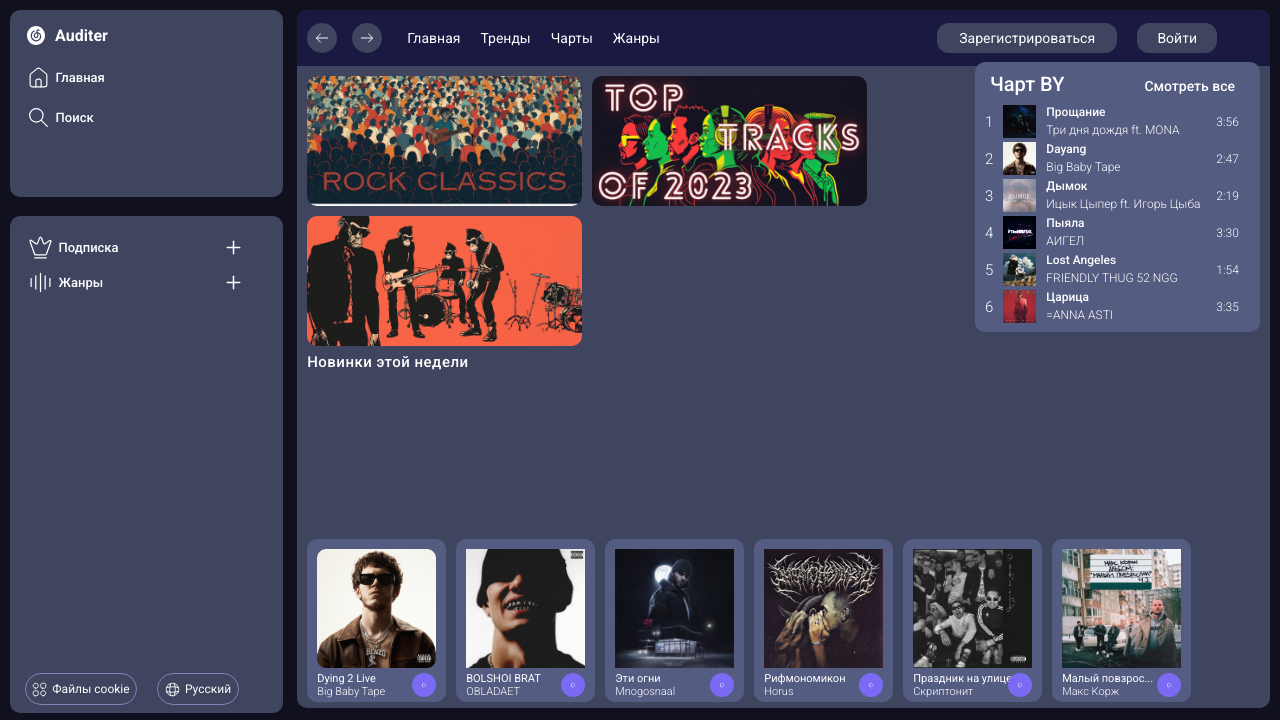
Repository: MaksimKrupkin/music_app
Page: /
An editor plug-in stored every save of this project. The page is shown before and after the next save, followed by the edit.
The browser window is 1280 px wide. The pictures show the whole page.
The project was rebuilt for these pictures with package versions that can differ from the ones it lists, and the page was loaded fresh each time. Also part of the build but not shown: vite.config.ts.

Above is the page before, as saved 2024-02-23 00:00:14.

### index.html
<!DOCTYPE html>
<html lang="en">
  <head>
    <link rel="preconnect" href="https://fonts.googleapis.com" />
    <link rel="preconnect" href="https://fonts.gstatic.com" crossorigin />
    <link
      href="https://fonts.googleapis.com/css2?family=Roboto:ital,wght@0,100;0,300;0,400;0,500;0,700;0,900;1,100;1,300;1,400;1,500;1,700;1,900&display=swap"
      rel="stylesheet" />

    <meta charset="UTF-8" />
    <link rel="icon" type="image/svg+xml" href="/vite.svg" />
    <meta name="viewport" content="width=device-width, initial-scale=1.0" />
    <title>Auditer</title>
  </head>
  <body>
    <div id="root"></div>
    <script type="module" src="/src/main.tsx"></script>
  </body>
</html>

### src/App.tsx
import React from 'react';
import './App.scss';
import MainPage_demo from './Pages/MainPage_demo/MainPage_demo';
function App() {
  return (
    <div>
      <MainPage_demo />
    </div>
  );
}

export default App;

### src/App.scss
* {
  margin: 0;
  padding: 0;
  border: 0;
  vertical-align: baseline;
  font-family: 'Roboto', sans-serif;
}
a,
a:link,
a:visited {
  text-decoration: none;
}
input:focus,
input:active,
button:focus,
button:active {
  outline: none;
}

### src/Pages/MainPage_demo/MainPage_demo.tsx
import React from 'react';
import styles from './MainPage_demo.module.scss';
import HigherSidebar from '../../Components/HigherSidebar/HigherSidebar';
import MainScreen from '../../Components/MainScreen/MainScreen';
import LowerSidebar from '../../Components/LowerSidebar/LowerSidebar';

export default function MainPage_demo() {
  return (
    <div className={styles.wrapper}>
      <HigherSidebar />
      <LowerSidebar />
      <MainScreen />
    </div>
  );
}

### src/Pages/MainPage_demo/MainPage_demo.module.scss
.wrapper {
  box-sizing: border-box;
  width: 100vw;
  height: 100vh;
  background-color: #10101e;
  color: white;
}

### src/Components/HigherSidebar/HigherSidebar.tsx
import React from 'react';
import styles from './HigherSidebar.module.scss';
import logo from '../../assets/img/logo.svg';
import home from '../../assets/img/home.svg';
import search from '../../assets/img/Search.svg';

export default function HigherSidebar() {
  return (
    <aside className={styles.higherSidebar}>
      <div className={styles.logo_wrapper}>
        <img className={styles.logo} src={logo} alt="Лого" />
        <strong className={styles.logo_text}>Auditer</strong>
      </div>
      <a className={styles.link_wrapper}>
        <img className={styles.img} src={home} alt="" />
        <span className={styles.text}>Главная</span>
      </a>
      <a className={styles.link_wrapper}>
        <img className={styles.img} src={search} alt="" />
        <span className={styles.text}>Поиск</span>
      </a>
    </aside>
  );
}

### src/Components/MainScreen/MainScreen.tsx
import React from 'react';
import styles from './MainScreen.module.scss';
import MainScreenHeader from '../MainScreenHeader/MainScreenHeader';
import Charts from './Charts/Charts';
import Card from '../Card/Card';
import block1 from '../../assets/img/block1.png';
import block2 from '../../assets/img/block2.png';
import block3 from '../../assets/img/block3.jpg';
import block4 from '../../assets/img/block4.jpg';

export default function MainScreen() {
  return (
    <main className={styles.main}>
      <MainScreenHeader />
      <div className={styles.blocks}>
        <img src={block1} className={styles.block}></img>
        <img src={block2} className={styles.block}></img>
        {/* <img src={block3} className={styles.block}></img> */}
        <img src={block4} className={styles.block}></img>
      </div>
      <Charts />
      <h2 className={styles.title}>Новинки этой недели</h2>
      <div className={styles.cards}>
        <Card />
      </div>
    </main>
  );
}

### src/Components/LowerSidebar/LowerSidebar.tsx
import React from 'react';
import styles from './LowerSidebar.module.scss';
import subscribe from '../../assets/img/subscribe.svg';
import plus from '../../assets/img/add.svg';
import genres from '../../assets/img/genres.svg';
import cookie from '../../assets/img/cookie.svg';
import language from '../../assets/img/language.svg';

export default function LowerSidebar() {
  return (
    <aside className={styles.lowerSidebar}>
      <div className={styles.link_wrapper}>
        <img className={styles.img} src={subscribe} alt="" />
        <span className={styles.text}>Подписка</span>
        <div className={styles.plus_wrapper}>
          <img className={styles.plus} src={plus} alt="" />
        </div>
      </div>
      <div className={styles.link_wrapper}>
        <img className={styles.img} src={genres} alt="" />
        <span className={styles.text}>Жанры</span>
        <div className={styles.plus_wrapper}>
          <img className={styles.plus} src={plus} alt="" />
        </div>
      </div>
      <div className={styles.bottom_elements}>
        <div className={styles.cookies_wrapper}>
          <img className={styles.img} src={cookie} alt="" />
          <span className={styles.text}>Файлы cookie</span>
        </div>
        <div className={styles.language_wrapper}>
          <img className={styles.img} src={language} alt="" />
          <span className={styles.text}>Русский</span>
        </div>
      </div>
    </aside>
  );
}

### src/Components/HigherSidebar/HigherSidebar.module.scss
.higherSidebar {
  position: fixed;
  top: 0;
  box-sizing: border-box;
  display: flex;
  flex-direction: column;
  align-items: start;
  gap: 15px;
  width: 21.3%;
  height: 26%;
  margin: 10px;
  border-radius: 10px;
  background-color: #3f445f;
  padding-top: 16px;
  padding-left: 18.6px;
}

.logo_wrapper {
  box-sizing: border-box;
  margin-left: -2px;
  display: flex;
  flex-direction: row;
  justify-content: space-between;
  gap: 5px;
  align-items: center;
  width: 32%;
  margin-bottom: 5px;
}
.logo {
  width: 18.63px;
  height: 18.63px;
}
.logo_text {
  color: #fff;
  font-size: 16px;
  font-style: normal;
  font-weight: 600;
  line-height: normal;
}
.link_wrapper {
  margin-left: -3px;
  display: flex;
  align-items: center;
  gap: 5px;
  cursor: pointer;
  .img {
    width: 25px;
    height: 25px;
  }
  .text {
    font-size: 13px;
    font-weight: 500;
    transition: all 0.2s ease-in;
  }
  .text:hover {
    color: rgb(205, 205, 226);
  }
}

### src/Components/MainScreen/MainScreen.module.scss
.main {
  box-sizing: border-box;
  position: fixed;
  top: 0;
  right: 0;
  margin: 10px;
  background-color: #3f445f;
  width: 76%;
  height: 97%;
  border-radius: 10px;
}
.blocks {
  margin-top: 10px;
  margin-left: 10px;
  width: 560px;
  display: flex;
  flex-wrap: wrap;
  gap: 10px;
  justify-content: space-between;
  align-items: center;
  margin-bottom: 7px;
}
.block {
  width: 275px;
  height: 130px;
  background-color: #d9d9d9;
  border-radius: 10px;
  cursor: pointer;
}

.title {
  margin-left: 10px;
  font-size: 15px;
  font-weight: 500;
  letter-spacing: 0.5px;
}
.cards {
  position: inherit;
  bottom: 8px;
  margin: 10px;
  display: flex;
  align-items: center;
  gap: 10px;
  width: 100%;
}

### src/Components/MainScreenHeader/MainScreenHeader.tsx
import React from 'react';
import styles from './MainScreenHeader.module.scss';
import leftArrow from '../../assets/img/leftArrow.svg';
import rightArrow from '../../assets/img/rightArrow.svg';

export default function MainScreenHeader() {
  return (
    <header className={styles.header}>
      <div className={styles.arrows}>
        <div className={styles.wrapper}>
          <img src={leftArrow} className={styles.arrow} alt="" />
        </div>
        <div className={styles.wrapper}>
          <img className={styles.arrow} src={rightArrow} alt="" />
        </div>
      </div>
      <nav className={styles.navigation}>
        <ul>
          <li>
            <a className={styles.link}>Главная</a>
          </li>
          <li>
            <a className={styles.link}>Тренды</a>
          </li>
          <li>
            <a className={styles.link}>Чарты</a>
          </li>
          <li>
            <a className={styles.link}>Жанры</a>
          </li>
        </ul>
      </nav>
      <div className={styles.buttons}>
        <a className={styles.button_wrapper}>
          <span className={styles.text}>Зарегистрироваться</span>
        </a>
        <a className={styles.button_wrapper}>
          <span className={styles.text}>Войти</span>
        </a>
      </div>
    </header>
  );
}

### src/Components/MainScreen/Charts/Charts.tsx
import React from 'react';
import styles from './Charts.module.scss';
import image1 from '../../../assets/img/image.png';
import charts1 from '../../../assets/img/charts2.jpg';
import charts2 from '../../../assets/img/charts3.jpg';
import charts3 from '../../../assets/img/charts3.png';
import charts4 from '../../../assets/img/charts4.jpg';
import charts5 from '../../../assets/img/charts5.jpg';

export default function Charts() {
  return (
    <section className={styles.charts}>
      <h2 className={styles.title}>Чарт BY</h2>
      <a className={styles.link}>Смотреть все</a>
      <div className={styles.track_wrapper}>
        <span className={styles.position}>1</span>
        <img className={styles.image} src={image1} alt="" />
        <div className={styles.info}>
          <span className={styles.title}>Прощание</span>
          <span className={styles.author}>Три дня дождя ft. MONA</span>
        </div>
        <span className={styles.duration}>3:56</span>
      </div>

      <div className={styles.track_wrapper}>
        <span className={styles.position}>2</span>
        <img className={styles.image} src={charts1} alt="" />
        <div className={styles.info}>
          <span className={styles.title}>Dayang</span>
          <span className={styles.author}>Big Baby Tape</span>
        </div>
        <span className={styles.duration}>2:47</span>
      </div>
      <div className={styles.track_wrapper}>
        <span className={styles.position}>3</span>
        <img className={styles.image} src={charts2} alt="" />
        <div className={styles.info}>
          <span className={styles.title}>Дымок</span>
          <span className={styles.author}>Ицык Цыпер ft. Игорь Цыба</span>
        </div>
        <span className={styles.duration}>2:19</span>
      </div>
      <div className={styles.track_wrapper}>
        <span className={styles.position}>4</span>
        <img className={styles.image} src={charts3} alt="" />
        <div className={styles.info}>
          <span className={styles.title}>Пыяла</span>
          <span className={styles.author}>АИГЕЛ</span>
        </div>
        <span className={styles.duration}>3:30</span>
      </div>
      <div className={styles.track_wrapper}>
        <span className={styles.position}>5</span>
        <img className={styles.image} src={charts4} alt="" />
        <div className={styles.info}>
          <span className={styles.title}>Lost Angeles</span>
          <span className={styles.author}>FRIENDLY THUG 52 NGG</span>
        </div>
        <span className={styles.duration}>1:54</span>
      </div>
      <div className={styles.track_wrapper}>
        <span className={styles.position}>6</span>
        <img className={styles.image} src={charts5} alt="" />
        <div className={styles.info}>
          <span className={styles.title}>Царица</span>
          <span className={styles.author}>=ANNA ASTI</span>
        </div>
        <span className={styles.duration}>3:35</span>
      </div>
    </section>
  );
}

### src/Components/Card/Card.tsx
import React from 'react';
import styles from './Card.module.scss';
import image1 from '../../assets/img/albomImage.png';
import play from '../../assets/img/play.svg';
import albom2 from '../../assets/img/albom2.jpg';
import albom3 from '../../assets/img/albom3.jpg';
import albom4 from '../../assets/img/albom4.jpg';
import albom5 from '../../assets/img/albom5.jpg';
import albom6 from '../../assets/img/albom6.jpg';

export default function Card() {
  return (
    <>
      <div className={styles.card}>
        <img className={styles.image} src={image1} alt="" />
        <div className={styles.info}>
          <span className={styles.title}>Dying 2 Live</span>
          <span className={styles.author}>Big Baby Tape</span>
        </div>
        <div className={styles.play_wrapper}>
          <img src={play} className={styles.play} alt="" />
        </div>
      </div>
      <div className={styles.card}>
        <img className={styles.image} src={albom2} alt="" />
        <div className={styles.info}>
          <span className={styles.title}>BOLSHOI BRAT</span>
          <span className={styles.author}>OBLADAET</span>
        </div>
        <div className={styles.play_wrapper}>
          <img src={play} className={styles.play} alt="" />
        </div>
      </div>
      <div className={styles.card}>
        <img className={styles.image} src={albom3} alt="" />
        <div className={styles.info}>
          <span className={styles.title}>Эти огни</span>
          <span className={styles.author}>Mnogosnaal</span>
        </div>
        <div className={styles.play_wrapper}>
          <img src={play} className={styles.play} alt="" />
        </div>
      </div>
      <div className={styles.card}>
        <img className={styles.image} src={albom4} alt="" />
        <div className={styles.info}>
          <span className={styles.title}>Рифмономикон</span>
          <span className={styles.author}>Horus</span>
        </div>
        <div className={styles.play_wrapper}>
          <img src={play} className={styles.play} alt="" />
        </div>
      </div>
      <div className={styles.card}>
        <img className={styles.image} src={albom5} alt="" />
        <div className={styles.info}>
          <span className={styles.title}>Праздник на улице 36</span>
          <span className={styles.author}>Скриптонит</span>
        </div>
        <div className={styles.play_wrapper}>
          <img src={play} className={styles.play} alt="" />
        </div>
      </div>
      <div className={styles.card}>
        <img className={styles.image} src={albom6} alt="" />
        <div className={styles.info}>
          <span className={styles.title}>Малый повзрос...</span>
          <span className={styles.author}>Макс Корж</span>
        </div>
        <div className={styles.play_wrapper}>
          <img src={play} className={styles.play} alt="" />
        </div>
      </div>
    </>
  );
}

### src/Components/LowerSidebar/LowerSidebar.module.scss
.lowerSidebar {
  position: fixed;
  top: 30%;
  box-sizing: border-box;
  display: flex;
  flex-direction: column;
  align-items: space-between;
  gap: 5px;
  width: 21.3%;
  height: 69%;
  margin: 10px;
  margin-top: 0;
  border-radius: 10px;
  background-color: #3f445f;
  padding-top: 16px;
  padding-left: 20.6px;
  padding-right: 18.6px;
}
.link_wrapper {
  margin-left: -3px;
  display: flex;
  align-items: center;
  gap: 5px;
  cursor: pointer;
  .img {
    width: 25px;
    height: 25px;
  }
  .text {
    font-size: 13px;
    font-weight: 500;
    transition: all 0.2s ease-in;
    width: 155px;
    margin-left: 1px;
  }
  .text:hover {
    color: rgb(205, 205, 226);
  }
  .plus_wrapper {
    display: flex;
    align-items: center;
    justify-content: center;
    width: 30px;
    height: 30px;
    border-radius: 50%;
    transition: all 0.2s ease-in-out;
    .plus {
      margin: 0;
      padding: 0;
      width: 25px;
      height: 25px;
      border-radius: 50%;
    }
  }
  .plus_wrapper:hover {
    background-color: #484d69;
  }
}

.bottom_elements {
  position: inherit;
  bottom: 15px;
  left: 25px;
  display: flex;
  align-items: center;
  gap: 20px;
  .cookies_wrapper {
    border: 1.5px solid #7d86b6;
    border-radius: 25px;
    padding: 5px;
    width: 100px;
    height: 20px;
    display: flex;
    justify-content: center;
    gap: 5px;
    align-items: center;
    transition: all 0.2s ease-out;
    cursor: pointer;
  }
  .cookies_wrapper:hover {
    border: 1.5px solid white;
  }
  .language_wrapper {
    border: 1.5px solid #7d86b6;
    border-radius: 25px;
    padding: 5px;
    width: 70px;
    height: 20px;
    display: flex;
    gap: 5px;
    align-items: center;
    justify-content: center;
    transition: all 0.2s ease-out;
    cursor: pointer;
  }
  .language_wrapper:hover {
    border: 1.5px solid white;
  }
  .img {
    width: 15px;
  }
  .text {
    font-size: 12px;
  }
}

### src/Components/MainScreenHeader/MainScreenHeader.module.scss
.header {
  box-sizing: border-box;
  width: 100%;
  height: 8%;
  border-top-right-radius: 9px;
  border-top-left-radius: 9px;
  background-color: #191941;
  display: flex;
  align-items: center;
  padding: 5px;
  padding-left: 10px;
}
.arrows {
  width: 75px;
  display: flex;
  align-items: center;
  justify-content: space-between;
  .wrapper {
    width: 30px;
    height: 30px;
    border-radius: 50%;
    background-color: #3f445f;
    display: flex;
    justify-content: center;
    align-items: center;
    transition: all 0.2s ease-in;
  }
  .wrapper:hover {
    background-color: #4a4f6c;
  }
  .arrow {
    width: 16px;
  }
}

.navigation {
  width: 500px;
  display: flex;
  align-items: center;
  margin-left: 25px;
  ul {
    list-style-type: none;
    display: flex;
    align-items: center;
    gap: 20px;
  }
  .link {
    font-size: 14px;
    cursor: pointer;
    transition: all 0.2s ease-in;
  }
  .link:hover {
    color: rgb(224, 217, 217);
  }
}

.buttons {
  width: 300px;
  margin-left: 30px;
  display: flex;
  align-items: center;
  gap: 10px;
  font-size: 14px;
  .button_wrapper:first-child {
    display: flex;
    justify-content: center;
    align-items: center;
    background-color: #3f445f;
    height: 30px;
    width: 180px;
    border-radius: 12px;
    margin-right: 10px;
  }
  .button_wrapper:last-child {
    display: flex;
    justify-content: center;
    align-items: center;
    background-color: #3f445f;
    height: 30px;
    width: 80px;
    border-radius: 12px;
  }
}

### src/Components/MainScreen/Charts/Charts.module.scss
.charts {
  position: inherit;
  box-sizing: border-box;
  top: 62px;
  right: 20px;
  width: 285px;
  height: 270px;
  background-color: #555c82;
  border-radius: 10px;

  padding-top: 10px;
  .title {
    font-size: 20px;
    font-weight: 500;
    display: inline-block;
    margin-right: 80px;
    margin-left: 15px;
  }
  .link {
    display: inline-block;
    font-weight: 500;
    font-size: 14px;
    margin-bottom: 12px;
    cursor: pointer;
  }
  .track_wrapper {
    box-sizing: border-box;
    width: 100%;
    height: 33px;
    margin-bottom: 4px;
    padding-bottom: 2px;
    display: flex;
    align-items: center;
    cursor: pointer;
    transition: all 0.2s ease-in;
    .position {
      font-weight: 300;
      font-size: 15px;
      margin-right: 10px;
      margin-left: 10px;
    }
    .image {
      width: 33px;
      height: 33px;
    }
    .info {
      width: 170px;
      margin-right: 10px;
    }
    .title {
      width: 150px;
      display: block;
      font-size: 12px;
      margin-left: 10px;
      font-weight: 500;
    }
    .author {
      width: 150px;
      font-size: 12px;
      margin-left: 10px;
      font-weight: 300;
    }
    .duration {
      font-size: 12px;
      font-weight: 300;
    }
  }
  .track_wrapper:hover {
    background-color: #63698c;
  }
}

### src/Components/Card/Card.module.scss
.card {
  position: relative;
  box-sizing: border-box;
  width: 139px;
  padding: 10px;

  height: 163px;
  background-color: #555c82;
  border-radius: 10px;
  transition: all 0.2s ease-in-out;
  cursor: pointer;

  .image {
    width: 119px;
  }
  .info {
    display: flex;
    flex-direction: column;
  }
  .title {
    font-size: 11px;
    font-weight: 400;
  }
  .author {
    font-size: 11px;
    font-weight: 300;
  }
  .play_wrapper {
    position: absolute;
    bottom: 5px;
    right: 10px;
    width: 24px;
    height: 24px;
    background-color: #7a6af4;
    border-radius: 50%;
    display: flex;
    align-items: center;
    justify-content: center;
    transition: all 0.2s ease-in-out;
  }
  .play {
    width: 12px;
  }
}
.card:hover {
  background-color: #636b9b;
  .play_wrapper {
    background-color: #6757dd;
  }
}

Loaded but not shown: src/main.tsx (common file)

After the next save:
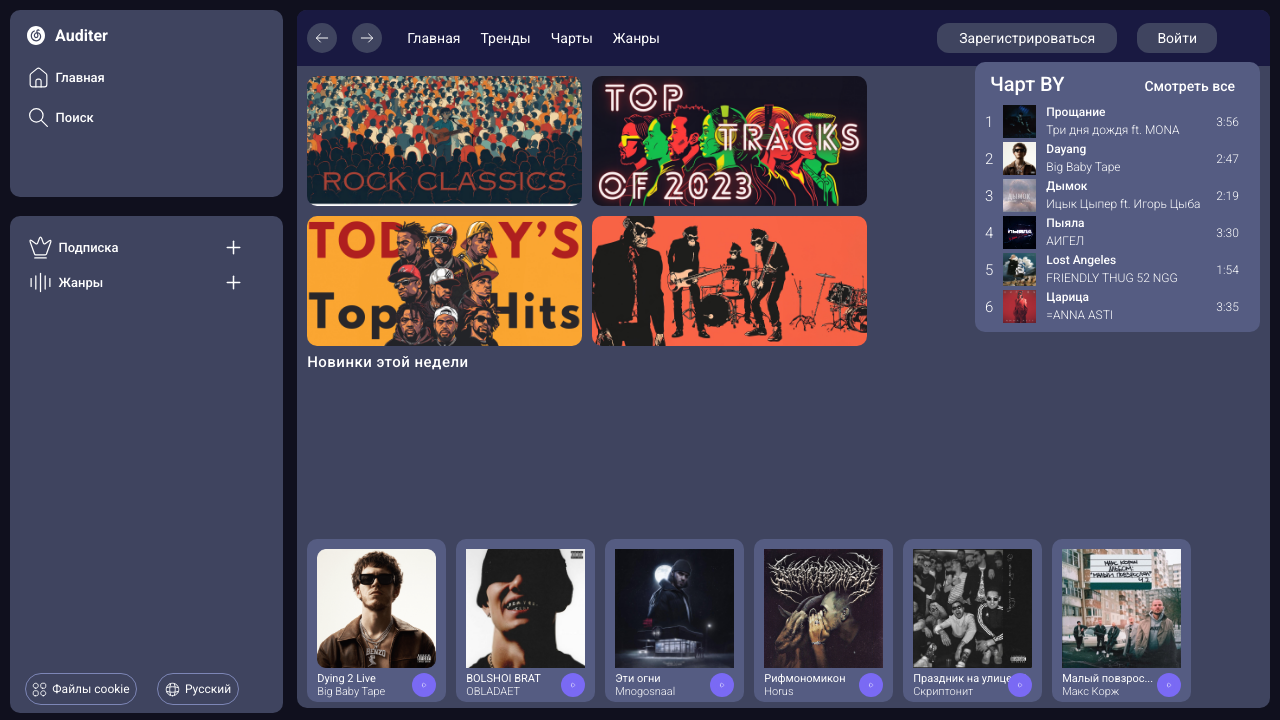
Saved 7 s later.
--- a/src/Components/MainScreen/MainScreen.tsx
+++ b/src/Components/MainScreen/MainScreen.tsx
@@ -15,7 +15,7 @@
       <div className={styles.blocks}>
         <img src={block1} className={styles.block}></img>
         <img src={block2} className={styles.block}></img>
-        {/* <img src={block3} className={styles.block}></img> */}
+        <img src={block3} className={styles.block}></img>
         <img src={block4} className={styles.block}></img>
       </div>
       <Charts />
